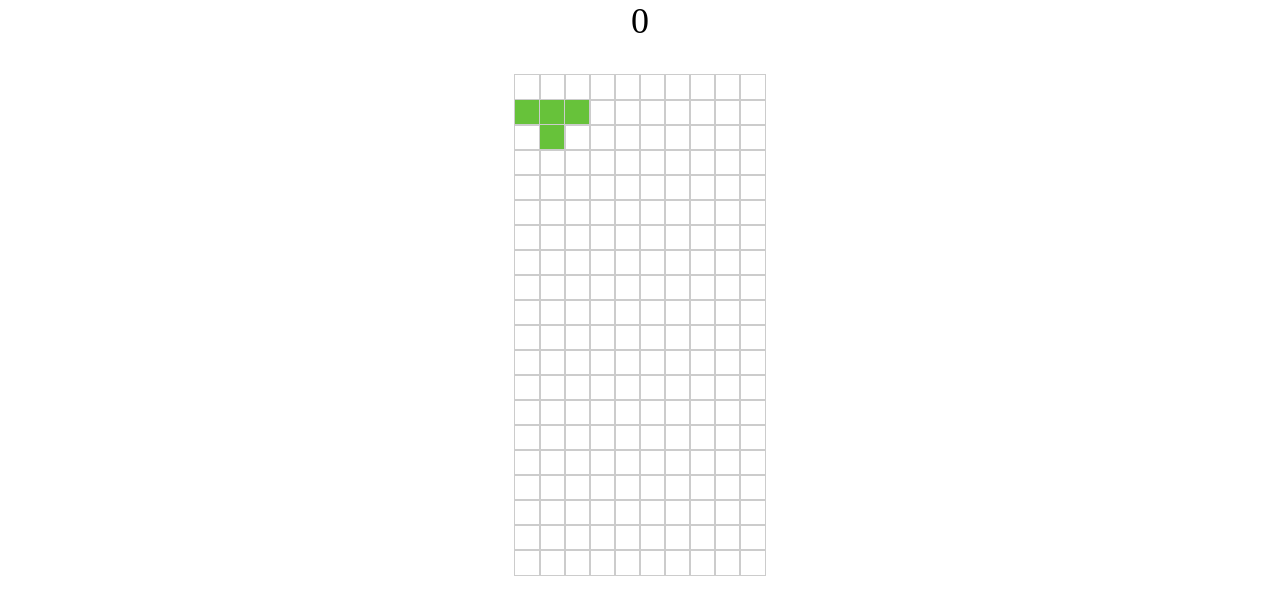
Repository: chlwpdnswku/tetris
Page: index.html
These files come from the project's save history. The page is drawn as it stood at one moment and after the next save; the edit follows.
The browser window is 1280 px wide. The pictures show the whole page.

Above is the page before, as saved 2022-12-12 02:26:20.

### index.html
<!DOCTYPE html>
<html lang="en">

<head>
    <meta charset="UTF-8">
    <meta http-equiv="X-UA-Compatible" content="IE=edge">
    <meta name="viewport" content="width=device-width, initial-scale=1.0">
    <link rel="stylesheet" href="style.css">
    <title>Document</title>

</head>

<body>
    <div class="wrapper">
        <div class="score">0</div>
        <div class="playground">
            <!-- ul  -->
            <ul></ul>
        </div>

    </div>

    <script src="script.js"></script>
</body>

</html>

### style.css
* {
  margin: 0;
  padding: 0;
}
ul {
  list-style: none;
}
body {
  height: 100%;
  overflow: hidden;
}
.score {
  text-align: center;
  font-size: 36px;
  margin-bottom: 2rem;
}
.playground > ul {
  border: 1px solid #333;
  width: 250px;
  margin: 0 auto;
}
.playground > ul > li {
  width: 100%;
  height: 25%;
}

.playground > ul > li > ul {
  display: flex;
}
.playground > ul > li > ul > li {
  width: 25px;
  height: 25px;
  outline: 1px solid #ccc;
}
.tree {
  background: #67c23a;
}

### script.js
// DOM element
const playground = document.querySelector('.playground > ul');

// console.log(playground);

// setting
const GAME_ROWS = 20;
const GAME_COLS = 10;

// variables
let score = 0;
let duration = 500;
let downInterval;
let tempMovingItem;

// 좌료를 바꾸면 모양이 바뀐다.
const BLOCKS = {
  tree: [
    [
      [2, 1],
      [0, 1],
      [1, 0],
      [1, 1],
    ],
    [
      [1, 2],
      [0, 1],
      [1, 0],
      [1, 1],
    ],
    [
      [1, 2],
      [0, 1],
      [2, 1],
      [1, 1],
    ],
    [
      [0, 1],
      [1, 1],
      [1, 0],
      [1, 1],
    ],
  ],
};

const movingItem = {
  type: 'tree',
  direction: 2,
  top: 0,
  left: 0,
};

// functions

init();
// 맨처음 시작하는 함수 10개의 20개의 줄을 저장
function init() {
  // 값만 가져와서 넣어줌
  tempMovingItem = { ...movingItem };
  //   movingItem.left = 3;
  //   console.log(tempMovingItem);
  for (let i = 0; i < GAME_ROWS; i++) {
    prependNewLine();
  }
  renderBlocks();
}

//
function prependNewLine() {
  const li = document.createElement('li');
  const ul = document.createElement('ul');

  for (let j = 0; j < GAME_COLS; j++) {
    const matrix = document.createElement('li');
    // ul -> li
    ul.prepend(matrix);
  }
  li.prepend(ul);
  playground.prepend(li);
}

function renderBlocks() {
  const { type, direction, top, left } = tempMovingItem;
  //   console.log(BLOCKS[type][direction]);

  const movingBlocks = document.querySelectorAll('.moving');

  //   4개의 무빙이 찍힘
  movingBlocks.forEach((moving) => {
    // 이러면 css에의해서 트리 클래스가없는 애들은 빈값이됨
    moving.classList.remove(type, 'moving');
    // console.log(moving);
  });

  // 즉 forEach 문으로
  BLOCKS[type][direction].forEach((block) => {
    const x = block[0] + left;
    const y = block[1] + top;
    // console.log({ playground });
    // ul안에 chileNodes ->이 렇게 가는거임 0번은 li임
    // target은 tree 클래스 부여 즉 tree를  class를 줘서 css 를 변경?
    const target = playground.childNodes[y]
      ? playground.childNodes[y].childNodes[0].childNodes[x]
      : null;

    const isAvailable = checkEmpty(target);
    // console.log(target);
    // 여기가 보여주는거네
    // 가능한 상태이면?
    if (isAvailable) {
      target.classList.add(type, 'moving');
    } else {
      // 원상복구 시키고 재귀함수를 호출할거임 ! 좌표를 원상태로 하고 부르기
      tempMovingItem = { ...movingItem };
      //   이벤트가 전부 실행이되고 스택을 집어넣는용도 무한스텍이 불러주는 용도 막기!
      setTimeout(() => {
        renderBlocks();
        if (moveType === 'top') {
          seizeBlock();
        }
      }, 0);
      //   renderBlocks();
    }
  });
  movingItem.left = left;
  movingItem.top = top;
  movingItem.direction = direction;
  //   console.log(type, direction, top, left);
}

// 밑으로 떨어질 때에 블록 고정 함수 호출
function seizeBlock() {
  console.log('seize block');
}

function checkEmpty(target) {
  if (!target) {
    return false;
  }
  return true;
}

// 인자들을 받고
function moveBlock(moveType, amount) {
  // left를 바꿔줌 이게 증가함에 따라 움직임 하지만 색칠이됨 이동하고
  // 남은 클래스 부분들을삭제를해야됨
  tempMovingItem[moveType] += amount;
  renderBlocks();
}

// 이벤트 핸들링 키를 움직이면 이벤트 객체가 생김 keyCode를 이용해서 각각의 함수를 실행을 시킬거임
document.addEventListener('keydown', (e) => {
  switch (e.keyCode) {
    case 39:
      moveBlock('left', 1);
      break;
    case 37:
      moveBlock('left', -1);
      break;
    case 40:
      moveBlock('top', 1);
      break;
    default:
      break;
  }
  //   console.log(e);
});

//  아래 밑에를 벗어나거나 엘리먼트를 넘어갈때 ? 에러처리 를 해줌
// childNodes[y]가 넘어갈때 target변수가 없을경우 처리해주는 방법

After the next save:
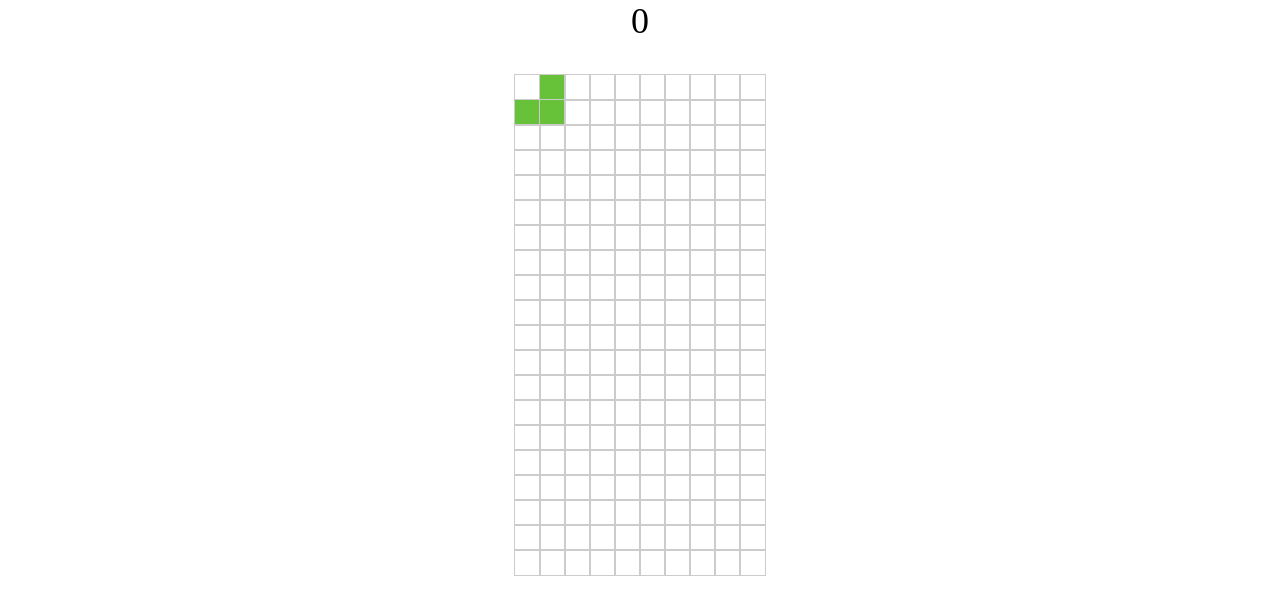
Saved 6 s later.
--- a/script.js
+++ b/script.js
@@ -45,7 +45,7 @@ const BLOCKS = {
 
 const movingItem = {
   type: 'tree',
-  direction: 2,
+  direction: 3,
   top: 0,
   left: 0,
 };
